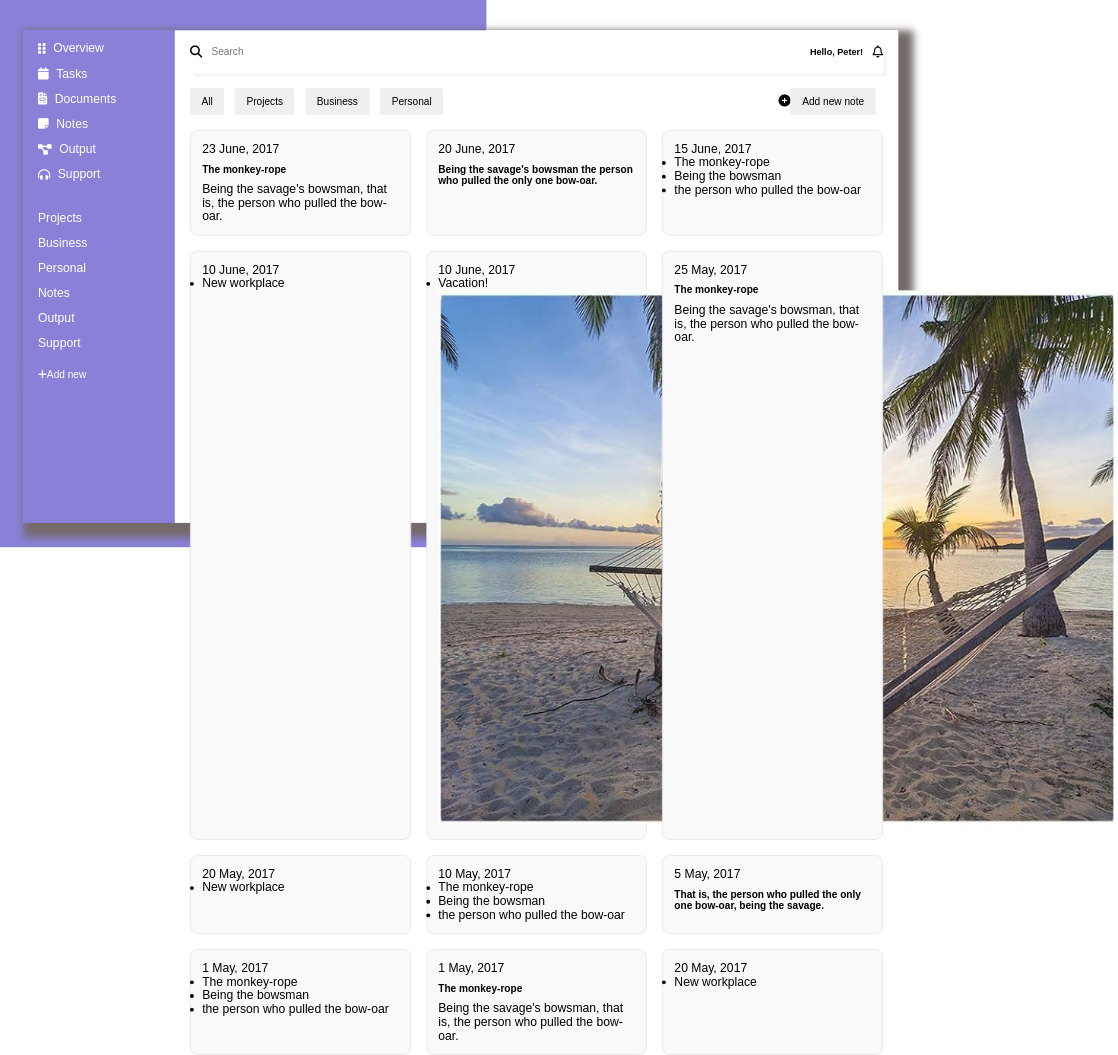
Repository: SatenikGabrielyan/HTML_CSS-_Assignment
Page: index.html
The author's editor kept a copy of each file at every save. The page is drawn from the files as they stood at one save, then again after a run of saves.
The browser window is 1280 px wide. The page is 1471 px wide, then 1280 px, so the pictures cover 1471 px, including what lies to the right of the window. The pictures show the whole page, at 76% of full size.
Some web libraries are served in a nearby version.

Above is the page before, as saved 2025-03-18 00:47:01.

After the next 2 saves:
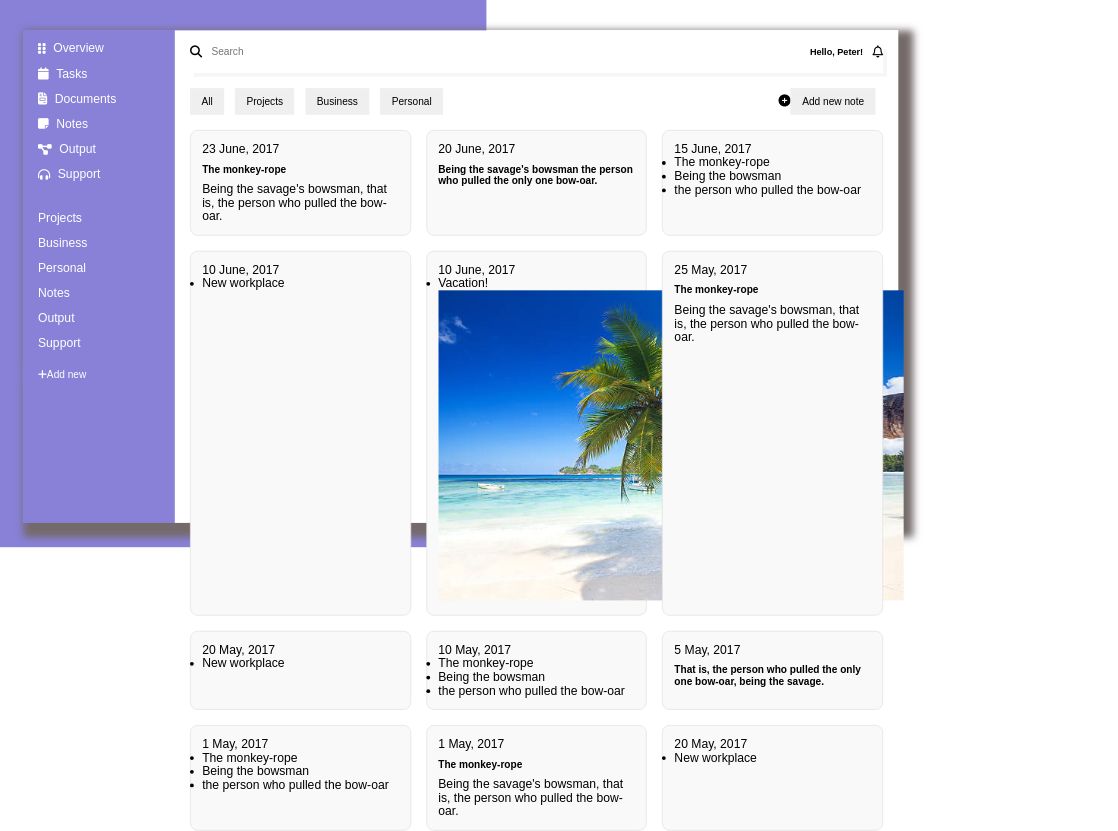
The 2 saves are shown as one change because they came seconds apart.
The last was saved 74 s later.
--- a/index.html
+++ b/index.html
@@ -118,7 +118,7 @@
                 <ul>
                     <li>Vacation!</li>
                 </ul>
-                <img src="./img/71SEvIFggLL._AC_UF894,1000_QL80_.jpg" alt="">
+                <img src="./img/istockphoto-475903022-612x612.jpg" alt="">
             </div>
             <div class="note-card">
                     <h4>25 May, 2017</h4>
